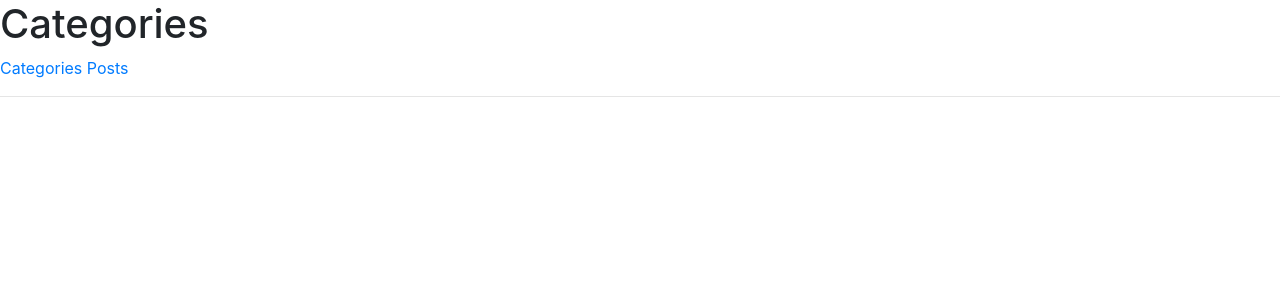
Repository: mahoone/revising_php
Page: http://localhost/public/index.php?v=categories
These files come from the project's save history. The page is drawn as it stood at one moment and after the next save; the edit follows.
The browser window is 1280 px wide. The pictures show the whole page.
The page is run by PHP 8.4 with error messages shown; the project is at /var/www/html/.

Above is the page before, as saved 2020-06-14 17:30:10.

After the next save:
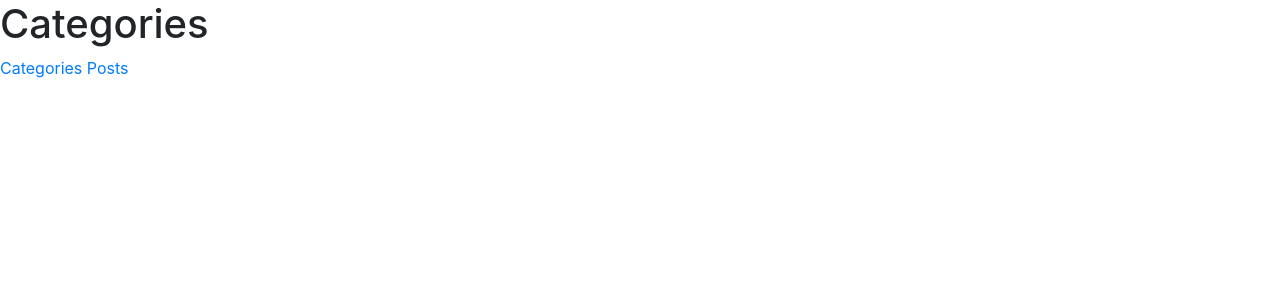
Saved 48 s later.
--- a/public/index.php
+++ b/public/index.php
@@ -12,9 +12,10 @@
 include('../utils/utils.php');
 ?>
 
-<a href="index.php?v=categories">Categories</a>
-<a href="index.php?v=posts">Posts</a>
-<hr>
+<nav>
+    <a href="index.php?v=categories">Categories</a>
+    <a href="index.php?v=posts">Posts</a>
+</nav>
 
 <script src="https://code.jquery.com/jquery-3.5.1.slim.min.js" integrity="sha384-DfXdz2htPH0lsSSs5nCTpuj/zy4C+OGpamoFVy38MVBnE+IbbVYUew+OrCXaRkfj" crossorigin="anonymous"></script>
 <script src="https://cdn.jsdelivr.net/npm/popper.js@1.16.0/dist/umd/popper.min.js" integrity="sha384-Q6E9RHvbIyZFJoft+2mJbHaEWldlvI9IOYy5n3zV9zzTtmI3UksdQRVvoxMfooAo" crossorigin="anonymous"></script>
